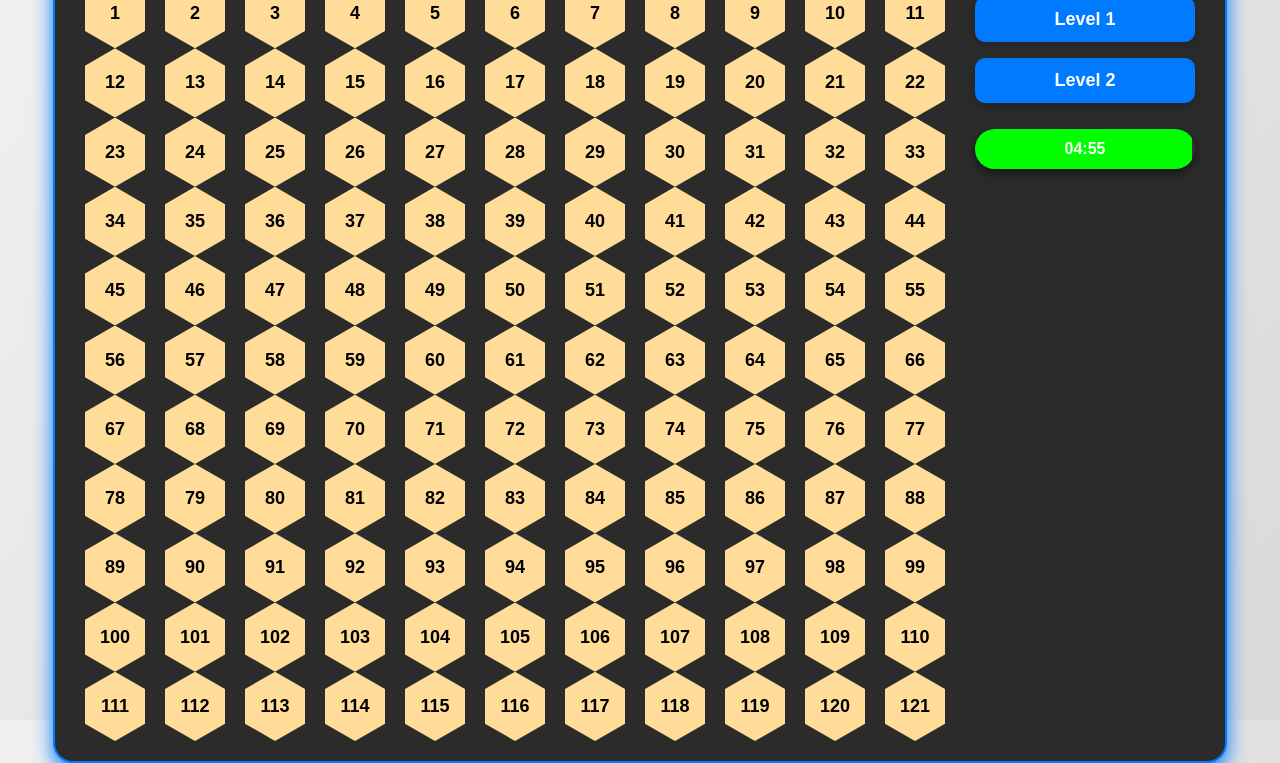
Repository: radisyah/THE_BRAIN_STORM
Page: Terrible Hunt.html
An editor plug-in stored every save of this project. The page is shown before and after the next save, followed by the edit.
The browser window is 1280 px wide. The pictures show the whole page.

Above is the page before, as saved 2024-10-24 21:37:13.

### Terrible Hunt.html
<!DOCTYPE html>
<html lang="en">
<head>
    <meta charset="UTF-8">
    <meta name="viewport" content="width=device-width, initial-scale=1.0">
    <title>Terrible Hunt</title>
    <style>
        body {
            font-family: Arial, sans-serif;
            display: flex;
            justify-content: center;
            align-items: center;
            height: 100vh;
            margin: 0;
            background: linear-gradient(135deg, #f0f0f0, #d9d9d9); /* Smooth gradient background */
        }

        .container {
            display: flex;
            justify-content: center;
            align-items: flex-start;
            background-color: #2b2b2b; /* Dark background for contrast */
            border-radius: 20px;
            box-shadow: 0 8px 20px #007bff;
            padding: 30px;
            border: 2px solid #007bff;
            transition: transform 0.3s ease-in-out;
        }

          /* Timer container styles */
          .timer-container {
            position: relative;
            width: 100%;
            height: 40px;
            background-color: #333;
            border-radius: 20px;
            overflow: hidden;
            box-shadow: 0px 4px 10px rgba(0, 0, 0, 0.5);
            margin-bottom: 10px;
        }

        /* Timer text styles */
        #timer {
            position: absolute;
            top: 50%;
            left: 50%;
            transform: translate(-50%, -50%);
            color: white;
            font-size: 16px;
            font-weight: bold;
            z-index: 2;
        }

        /* Progress bar styles */
        .timer-bar {
            position: absolute;
            top: 0;
            left: 0;
            height: 100%;
            background: linear-gradient(90deg, #00ff00, #ffff00, #ff0000);
            width: 100%;
            transition: width 1s linear;
            z-index: 1;
        }

        .container:hover {
            transform: scale(1.02); /* Slight scale effect when hovering over the container */
        }

        /* Hexagonal grid container */
        .hex-grid {
            display: grid;
            grid-template-columns: repeat(11, 60px);
            grid-gap: 20px; /* Adjust gap between hexagons for better spacing */
            justify-content: center;
            margin-right: 30px;
        }

        .hex {
            position: relative;
            width: 60px;
            height: 69.28px;
            background: #ffdd99;
            display: flex;
            justify-content: center;
            align-items: center;
            font-size: 18px;
            font-weight: bold;
            color: black;
            clip-path: polygon(
                50% 0%,
                100% 25%,
                100% 75%,
                50% 100%,
                0% 75%,
                0% 25%
            );
            cursor: pointer;
            transition: background-color 0.3s, transform 0.3s, box-shadow 0.3s;
            margin: -10px 0;
            box-shadow: 0 4px 8px rgba(0, 0, 0, 0.2); /* Add shadow to hexagons */
        }

        /* Hover effect with larger shadow and movement */
        .hex:hover {
            background-color: #ffd166;
            transform: translateY(-10px) scale(1.05); /* Larger transform effect */
            box-shadow: 0 6px 12px rgba(0, 0, 0, 0.3); /* Enhanced shadow on hover */
        }

        /* Mengatur gaya ketika benar atau salah */
        .hex.correct {
            background-color: #28a745; /* Green for correct */
            color: white;
            box-shadow: 0 6px 12px rgba(0, 255, 0, 0.3); /* Green shadow */
        }

        .hex.wrong {
            background-color: #dc3545; /* Red for wrong */
            color: white;
            box-shadow: 0 6px 12px rgba(255, 0, 0, 0.3); /* Red shadow */
        }

        /* Tombol dan styling */
        .button-container {
            display: flex;
            flex-direction: column;
            justify-content: flex-start;
        }

        .level-button {
            background-color: #007bff;
            color: white;
            border: none;
            border-radius: 10px; /* More rounded buttons */
            padding: 12px;
            margin: 8px 0;
            cursor: pointer;
            font-size: 18px;
            font-weight: bold;
            transition: background-color 0.3s, box-shadow 0.3s, transform 0.3s;
            width: 220px;
            box-shadow: 0 4px 8px rgba(0, 0, 0, 0.2); /* Soft shadow for buttons */
        }

        .level-button:hover {
            background-color: #0056b3;
            box-shadow: 0 6px 12px rgba(0, 0, 0, 0.3); /* Enhanced shadow on hover */
            transform: translateY(-3px); /* Slight movement on hover */
        }
    </style>
</head>

<body>
    <div class="container">
        <div class="hex-grid" id="hex-grid">
            <!-- Grid hexagonal akan diisi secara dinamis -->
        </div>


        <div class="button-container">
            <button class="level-button" onclick="selectLevel(1)">Level 1</button>
            <button class="level-button" onclick="selectLevel(2)">Level 2</button>
            <br>
            <div class="timer-container">
                <div id="timer">05:00</div>
                <div class="timer-bar"></div>
            </div>
        </div>

        <!-- Tambahkan tombol pilihan level di bawah tombol Check Answers -->

    </div>
</body>

<script>
   let correctNumbers = []; // Array untuk menyimpan angka yang benar
    let wrongAttempts = 0; // Counter untuk jumlah kesalahan
    let currentLevel = 1; // Track the current level

    function selectLevel(level) {
        currentLevel = level; // Set the current level
        correctNumbers = generateCorrectNumbers(level);
        generateHexGrid();
        wrongAttempts = 0; // Reset jumlah kesalahan saat level baru dipilih

        // Start the timer if it hasn't started yet
        if (!isTimerRunning) {
            startTimer();
        }
    }

    let timeLimit = 300; // Limit waktu dalam detik
    let timeRemaining = timeLimit;
    let isTimerRunning = false;
    let timerInterval; // Define timerInterval here to clear it later
    const timerDisplay = document.getElementById('timer');
    const timerBar = document.querySelector('.timer-bar');

    function startTimer() {
            if (isTimerRunning) return;
            isTimerRunning = true;

            timerInterval = setInterval(() => {
                timeRemaining--;

                // Format menit dan detik
                const minutes = Math.floor(timeRemaining / 60);
                const seconds = timeRemaining % 60;
                timerDisplay.textContent = `${minutes < 10 ? '0' + minutes : minutes}:${seconds < 10 ? '0' + seconds : seconds}`;

                // Perbarui lebar progress bar
                const percentage = (timeRemaining / timeLimit) * 100;
                timerBar.style.width = `${percentage}%`;

                // Ubah warna progress bar
                if (percentage <= 33) {
                    timerBar.style.background = "#ff0000";
                } else if (percentage <= 66) {
                    timerBar.style.background = "#ffff00";
                } else {
                    timerBar.style.background = "#00ff00";
                }

                // Ketika waktu habis
                if (timeRemaining <= 0) {
                    clearInterval(timerInterval);
                    isTimerRunning = false;
                    timerDisplay.textContent = "Time is Over";
                    disableGridInteractions(); // Fungsi untuk mengunci input
                }
        }, 1000);
    }


    let isGridDisabled = false; // Global flag to track grid disabled state

    function disableGridInteractions() {
        isGridDisabled = true; // Set the disabled flag
        const hexGrid = document.getElementById('hex-grid');
        Array.from(hexGrid.children).forEach((hexItem) => {
            hexItem.style.pointerEvents = 'none'; // Disable interactions with hex items
        });
        const resetButton = document.getElementById('reset'); // Assuming your reset button has this ID
        if (resetButton) {
            resetButton.disabled = true; // Disable the reset button
            resetButton.style.pointerEvents = 'none'; // Disable pointer events
        }
    }

    function generateCorrectNumbers(level) {
        let numbers = [];

        switch(level) {
            case 1:
                numbers = getPrimes(1, 121); // Bilangan prima dari 1 sampai 100
                break;
            case 2:
                numbers = getPerfectSquares(122, 242); // Bilangan kuadrat sempurna
                break;

            default:
                break;
        }

        return numbers;
    }

    function generateHexGrid() {
        const hexGrid = document.getElementById('hex-grid');
        hexGrid.innerHTML = ''; // Kosongkan grid sebelumnya

        let number = (currentLevel - 1) * 121 + 1; // Mulai angka sesuai level
        const totalHex = 121;

        for (let i = 0; i < totalHex; i++) {
            const hex = document.createElement('div');
            hex.classList.add('hex');
            hex.textContent = number;

            (function(num) {
                hex.addEventListener('click', function() {
                    if (!isGridDisabled) { // Check if grid is not disabled
                        if (correctNumbers.includes(num)) {
                            hex.classList.add('correct'); // Tandai sebagai benar
                        } else {
                            hex.classList.add('wrong'); // Tandai sebagai salah
                            wrongAttempts++; // Tambah jumlah kesalahan
                            if (wrongAttempts >= 2) {
                                setTimeout(resetHexColors, 1000); // Reset setelah 2 kesalahan
                            }
                        }
                    }
                });
            })(number);

            hexGrid.appendChild(hex);
            number++;
        }
    }

    function resetHexColors() {
        // Select all hex elements and remove the classes that change their colors
        document.querySelectorAll('.hex').forEach(hex => {
            hex.classList.remove('correct');
            hex.classList.remove('wrong');
        });

        // Re-generate the grid based on the current level
        correctNumbers = generateCorrectNumbers(currentLevel);
        generateHexGrid();
        wrongAttempts = 0; // Reset the wrong attempts counter
    }

    function getPrimes(start, end) {
        const primes = [];
        for (let i = start; i <= end; i++) {
            if (isPrime(i)) primes.push(i);
        }
        return primes;
    }

    function isPrime(num) {
        if (num <= 1) return false;
        for (let i = 2; i <= Math.sqrt(num); i++) {
            if (num % i === 0) return false;
        }
        return true;
    }

    function getPerfectSquares(start, end) {
        const perfectSquares = [];
        for (let i = Math.ceil(Math.sqrt(start)); i <= Math.floor(Math.sqrt(end)); i++) {
            perfectSquares.push(i * i);
        }
        return perfectSquares;
    }

    // Panggil fungsi selectLevel(1) saat halaman dimuat
    window.onload = function() {
        selectLevel(1);
    };


</script>

</body>
</html>

After the next save:
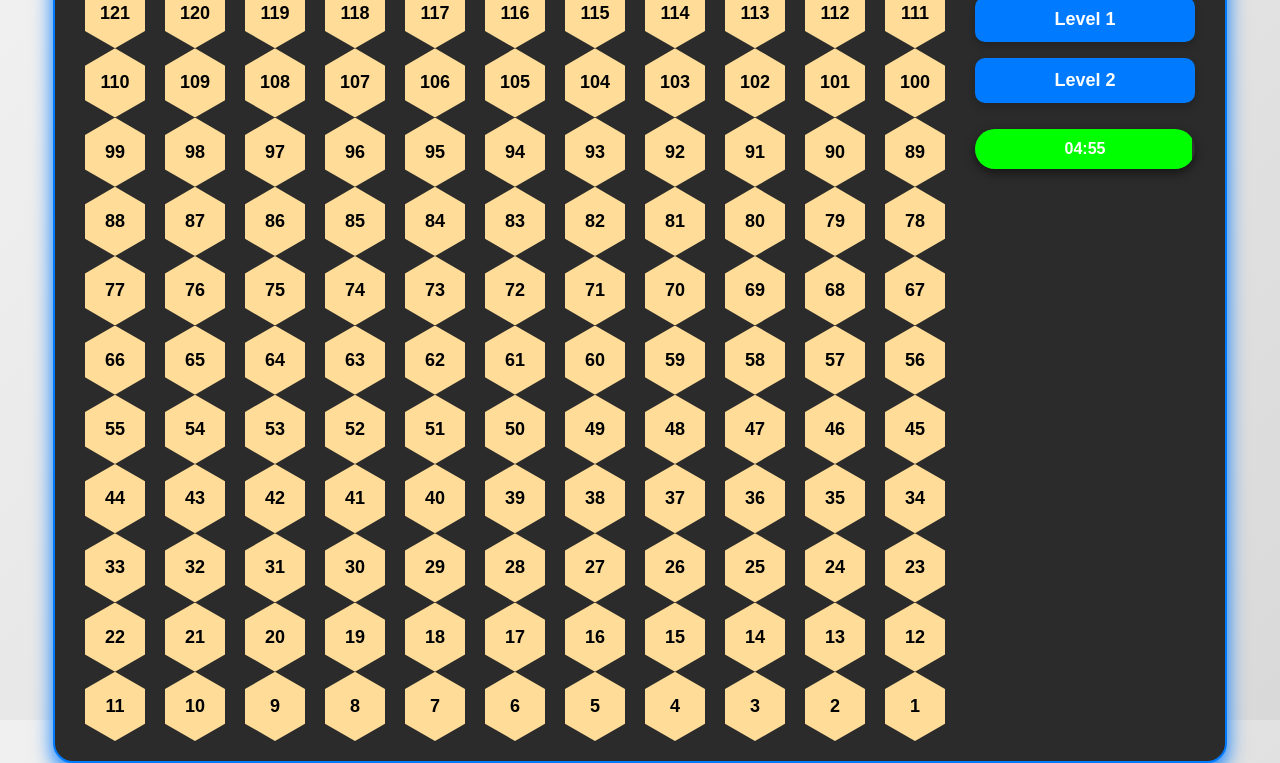
Saved 5 min 12 s later.
--- a/Terrible Hunt.html
+++ b/Terrible Hunt.html
@@ -270,17 +270,26 @@
         const hexGrid = document.getElementById('hex-grid');
         hexGrid.innerHTML = ''; // Kosongkan grid sebelumnya
 
-        let number = (currentLevel - 1) * 121 + 1; // Mulai angka sesuai level
+        let number; // Variabel untuk memulai angka
+
+        if (currentLevel === 1) {
+            // Untuk level 1, mulai dari 121 dan mundur
+            number = 121;
+        } else {
+            // Untuk level lain, mulai dari (currentLevel - 1) * 121 + 1
+            number = (currentLevel - 1) * 121 + 1;
+        }
+
         const totalHex = 121;
 
         for (let i = 0; i < totalHex; i++) {
             const hex = document.createElement('div');
             hex.classList.add('hex');
-            hex.textContent = number;
+            hex.textContent = number; // Menampilkan angka dalam grid
 
             (function(num) {
                 hex.addEventListener('click', function() {
-                    if (!isGridDisabled) { // Check if grid is not disabled
+                    if (!isGridDisabled) { // Cek apakah grid tidak dikunci
                         if (correctNumbers.includes(num)) {
                             hex.classList.add('correct'); // Tandai sebagai benar
                         } else {
@@ -295,7 +304,13 @@
             })(number);
 
             hexGrid.appendChild(hex);
-            number++;
+
+            // Untuk level 1, angkanya turun (descending), untuk level lain naik (ascending)
+            if (currentLevel === 1) {
+                number--; // Angka turun
+            } else {
+                number++; // Angka naik
+            }
         }
     }
 
